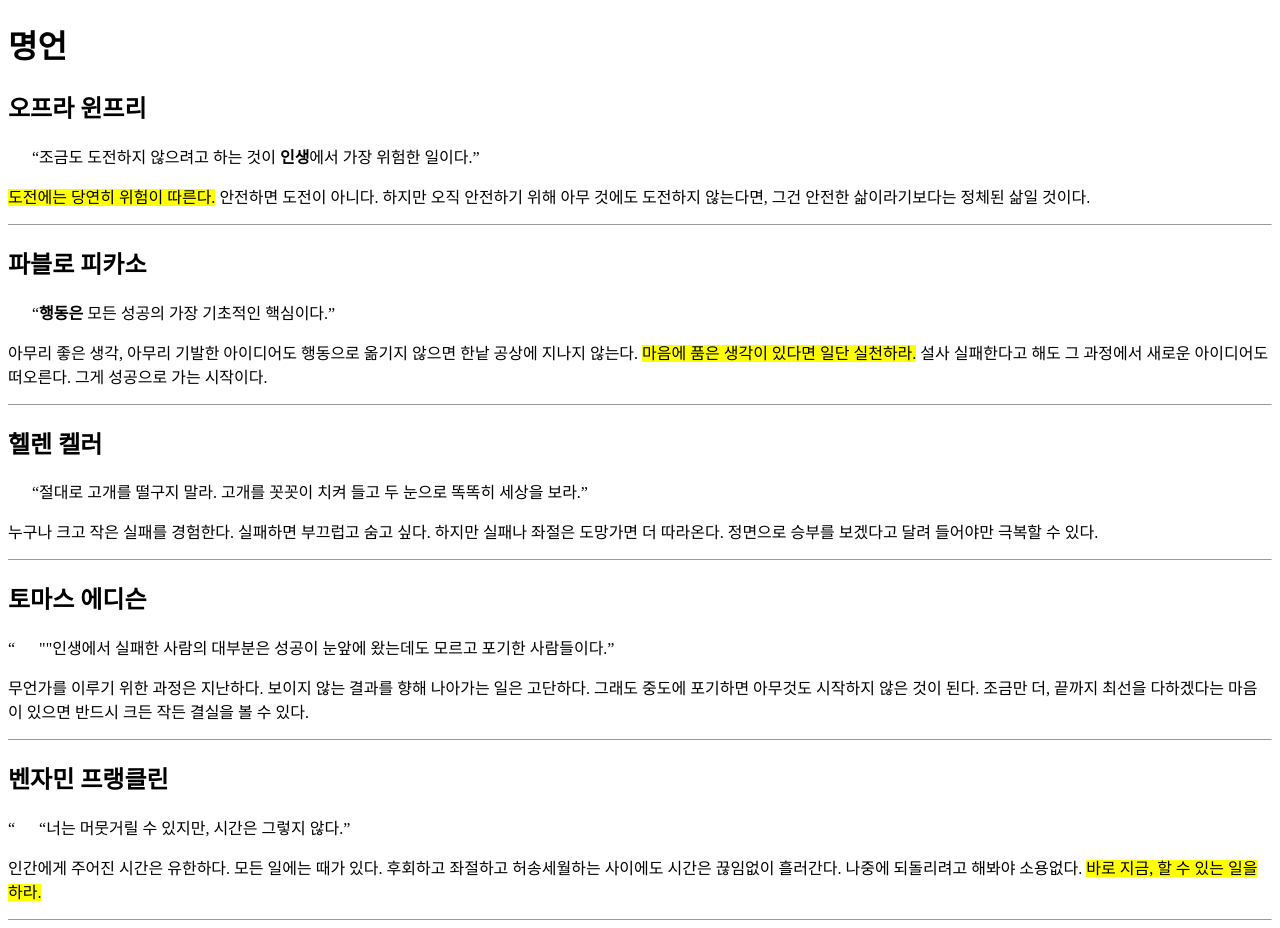
Repository: heoSuKyeong/client_Ssanyong
Page: ClientTest/src/main/webapp/html/q006.html
The author's editor kept a copy of each file at every save. The page is drawn from the files as they stood at one save, then again after the next save.
The browser window is 1280 px wide. The pictures show the whole page.

Above is the page before, as saved 2023-09-20 05:06:57.

After the next save:
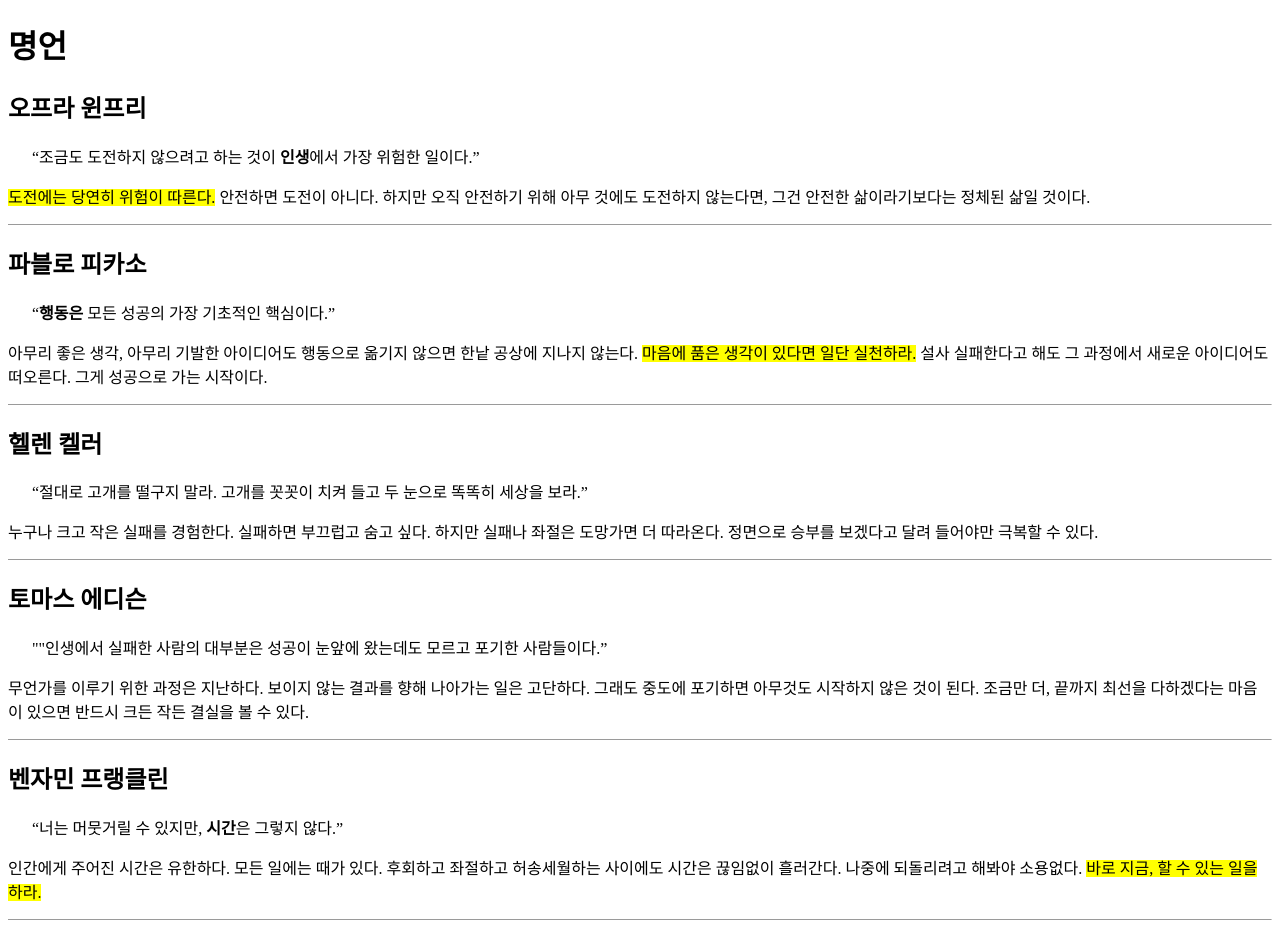
Saved 37 s later.
--- a/ClientTest/src/main/webapp/html/q006.html
+++ b/ClientTest/src/main/webapp/html/q006.html
@@ -24,12 +24,12 @@
 	<hr size="1">
 
 	<h2>토마스 에디슨</h2>
-	<p>“&nbsp;&nbsp;&nbsp;&nbsp;&nbsp;&nbsp;""인생에서 실패한 사람의 대부분은 성공이 눈앞에 왔는데도 모르고 포기한 사람들이다.”</p>
+	<p>&nbsp;&nbsp;&nbsp;&nbsp;&nbsp;&nbsp;""인생에서 실패한 사람의 대부분은 성공이 눈앞에 왔는데도 모르고 포기한 사람들이다.”</p>
 	<p>무언가를 이루기 위한 과정은 지난하다. 보이지 않는 결과를 향해 나아가는 일은 고단하다. 그래도 중도에 포기하면 아무것도 시작하지 않은 것이 된다. 조금만 더, 끝까지 최선을 다하겠다는 마음이 있으면 반드시 크든 작든 결실을 볼 수 있다.</p>
 	<hr size="1">
 
 	<h2>벤자민 프랭클린</h2>
-	<p>“&nbsp;&nbsp;&nbsp;&nbsp;&nbsp;&nbsp;“너는 머뭇거릴 수 있지만, 시간은 그렇지 않다.”</p>
+	<p>&nbsp;&nbsp;&nbsp;&nbsp;&nbsp;&nbsp;“너는 머뭇거릴 수 있지만, <b>시간</b>은 그렇지 않다.”</p>
 	<p>인간에게 주어진 시간은 유한하다. 모든 일에는 때가 있다. 후회하고 좌절하고 허송세월하는 사이에도 시간은 끊임없이 흘러간다. 나중에 되돌리려고 해봐야 소용없다. <mark>바로 지금, 할 수 있는 일을 하라.</mark></p>
 	<hr size="1">
 
